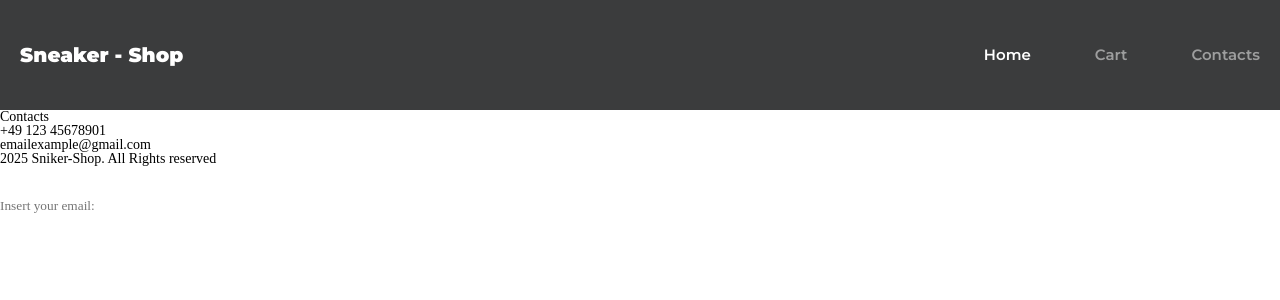
Repository: IstratiiNik/sneaker-shop
Page: /
An editor plug-in stored every save of this project. The page is shown before and after the next save, followed by the edit.
The browser window is 1280 px wide. The pictures show the whole page.
The project was rebuilt for these pictures with package versions that can differ from the ones it lists, and the page was loaded fresh each time. Also part of the build but not shown: vite.config.js.

Above is the page before, as saved 2025-07-01 13:54:46.

After the next save:
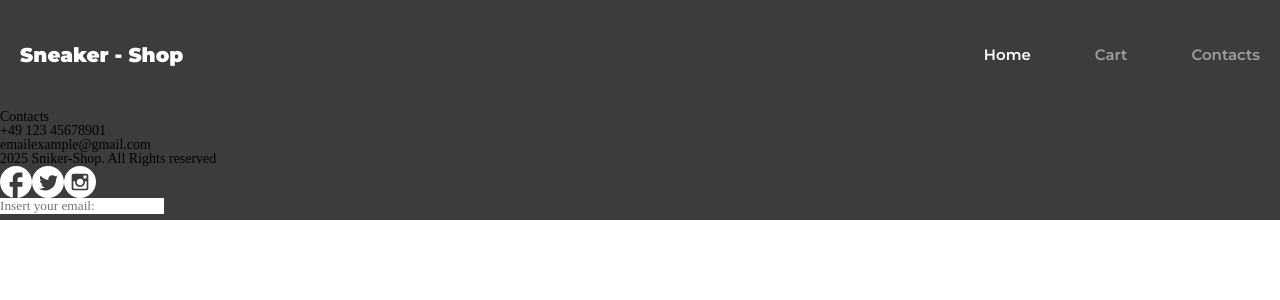
Saved 11 s later.
--- a/src/components/Footer/Footer.module.scss
+++ b/src/components/Footer/Footer.module.scss
@@ -1,6 +1,7 @@
 .footer {
-
-
+  background-color: rgb(59, 60, 61);
+  height: 110px;
+  width: 100%;
 }
 .container {
 }

After the save that followed:
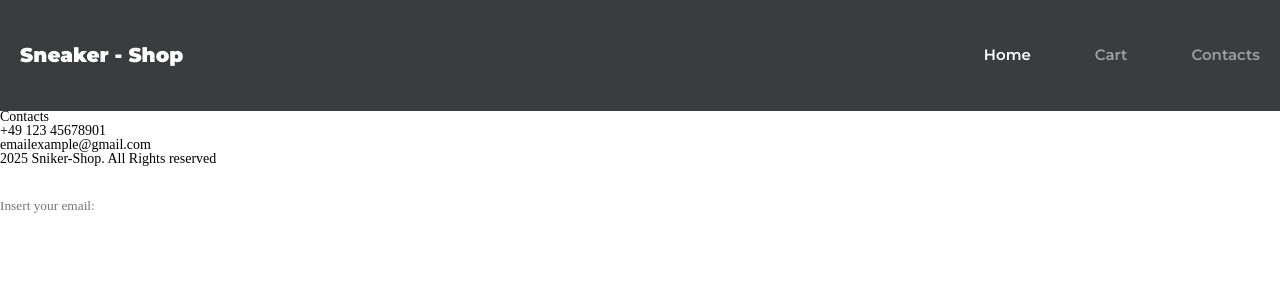
Saved 6 s later.
--- a/src/components/Footer/Footer.module.scss
+++ b/src/components/Footer/Footer.module.scss
@@ -1,6 +1,6 @@
 .footer {
   background-color: rgb(59, 60, 61);
-  height: 110px;
+  height: 1px;
   width: 100%;
 }
 .container {
